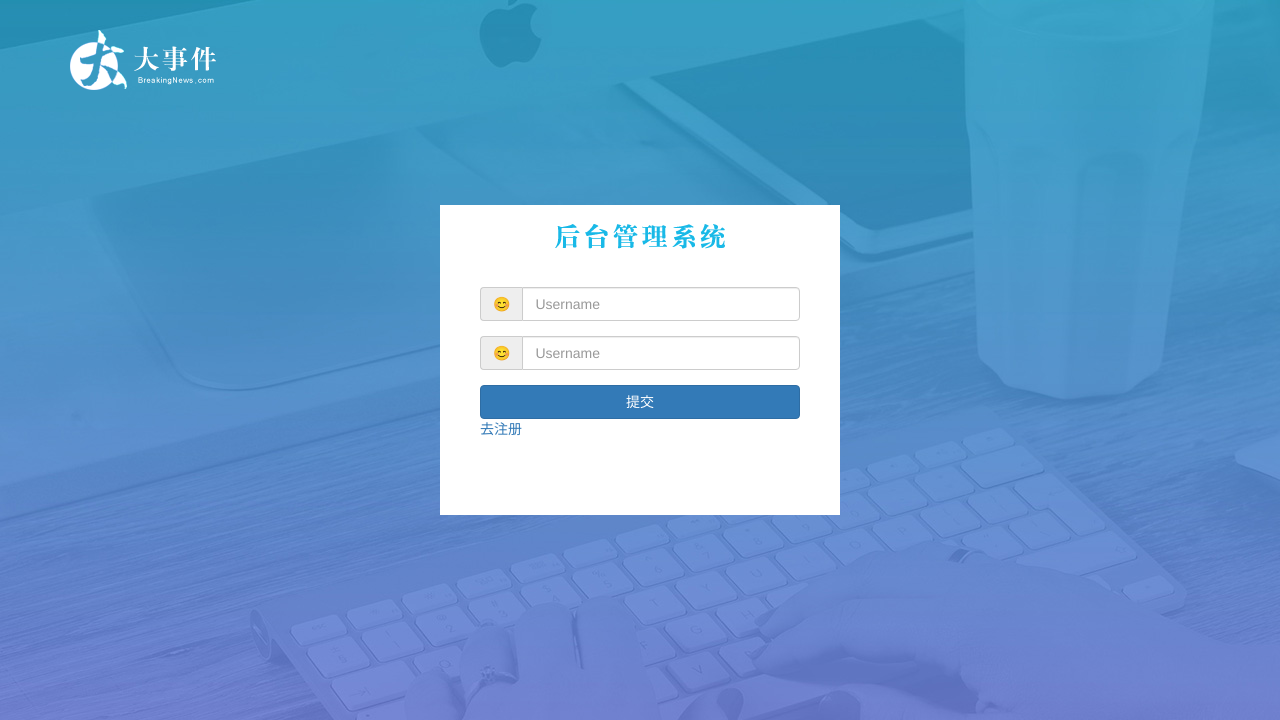
Repository: pursuit-YHP/project_dashijian
Page: login.html
These files come from the project's save history. The page is drawn as it stood at one moment and after the next save; the edit follows.
The browser window is 1280 px wide. The pictures show the whole page.
The style sheet was rebuilt from its Sass, Less or Tailwind sources for each picture, by a compiler version that may differ from the author's.

Above is the page before, as saved 2022-03-13 16:04:58.

After the next save:
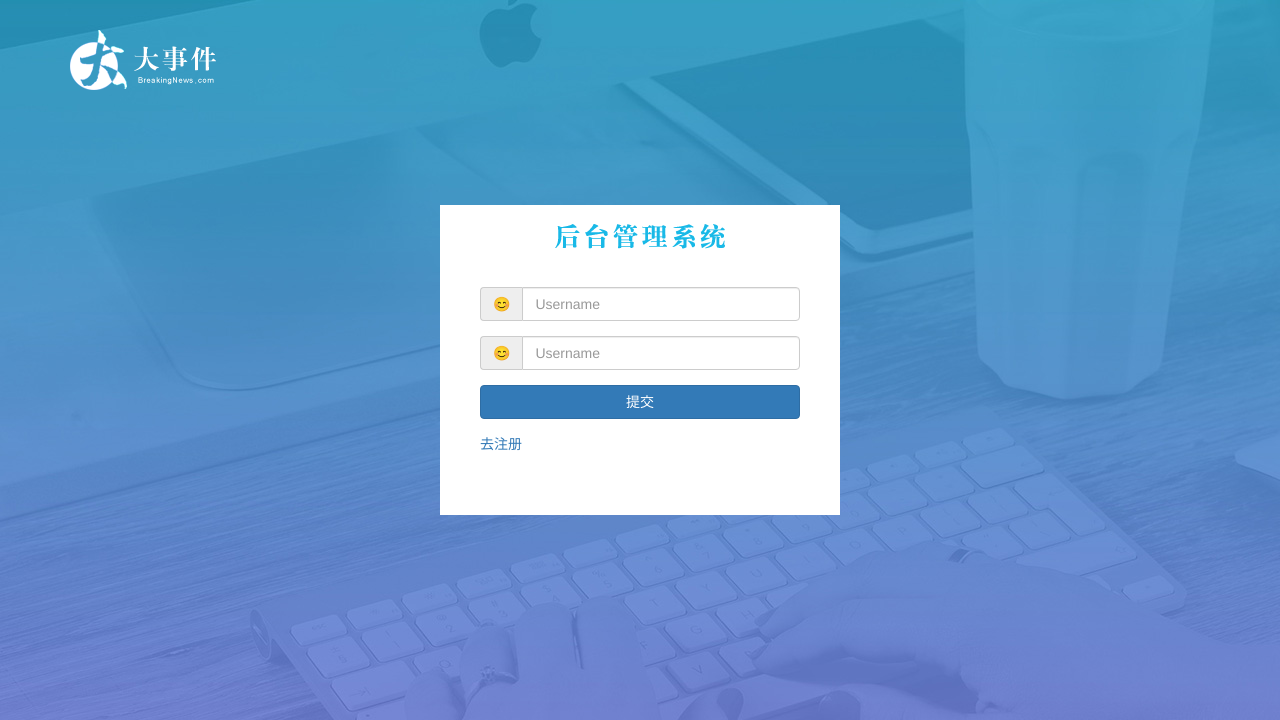
Saved 23 s later.
--- a/assets/css/login.less
+++ b/assets/css/login.less
@@ -40,7 +40,7 @@ body{
     }
     .btn-primary{
         width: 100%;
-        margin-top: 15px;
+        margin: 15px 0;
     }
 
 }
